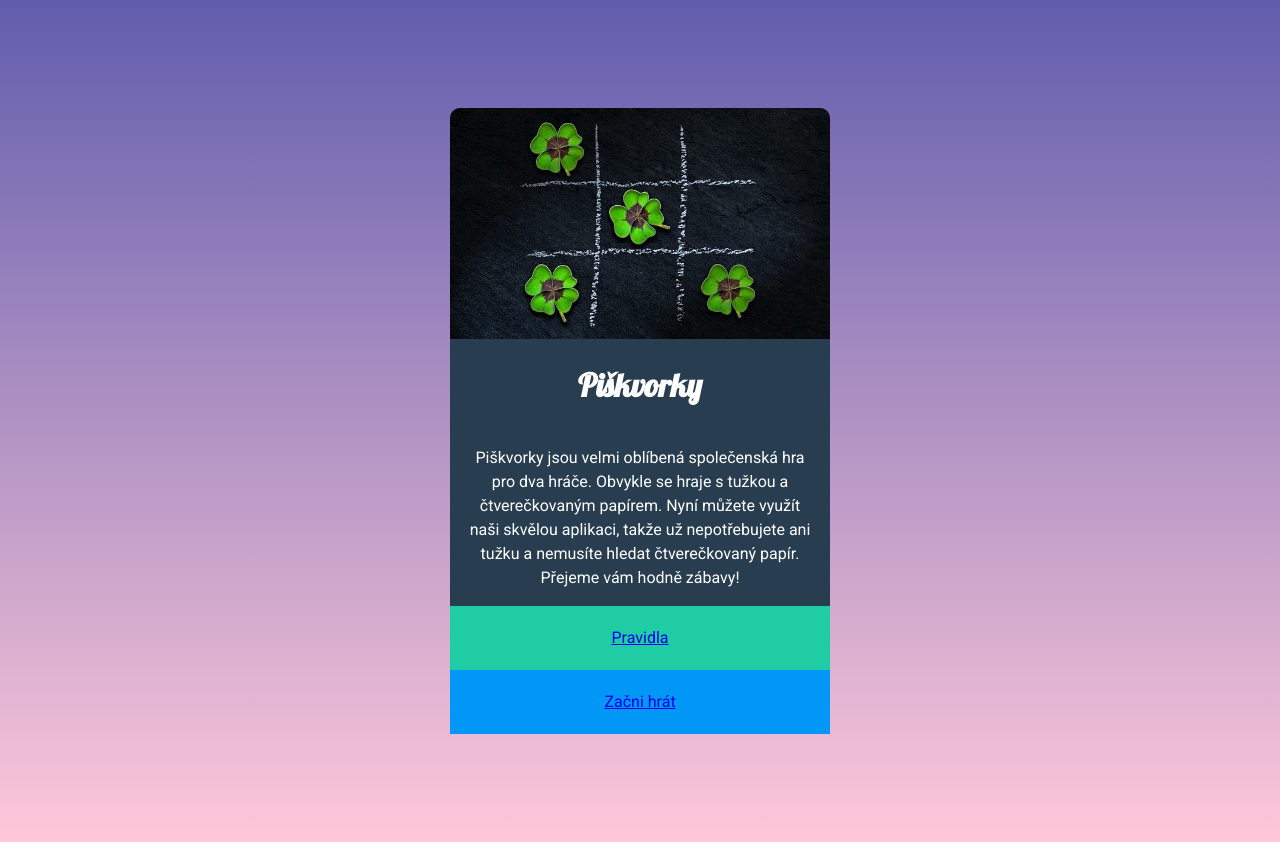
Repository: VerPro/piskvorky
Page: index.html
These files come from the project's save history. The page is drawn as it stood at one moment and after the next save; the edit follows.
The browser window is 1280 px wide. The pictures show the whole page.

Above is the page before, as saved 2021-03-24 21:10:52.

### index.html
<!DOCTYPE html>
<html lang="cs">
  <head>
    <meta charset="UTF-8" />
    <meta http-equiv="X-UA-Compatible" content="IE=edge" />
    <meta name="viewport" content="width=device-width, initial-scale=1.0" />
    <title>Piškvorky</title>
    <link rel="preconnect" href="https://fonts.gstatic.com" />
    <link
      href="https://fonts.googleapis.com/css2?family=Lobster&family=Roboto&display=swap"
      rel="stylesheet"
    />
    <link rel="stylesheet" href="styly.css" />
  </head>
  <body>
    <main>
      <img class="uvodniObrazek" src="uvodni.jpg" alt="" />
      <!-- Dodělat ten ALT! -->
      <h1 class="heading1Piskvorky">Piškvorky</h1>

      <p>
        Piškvorky jsou velmi oblíbená společenská hra pro dva hráče. Obvykle se
        hraje s tužkou a čtverečkovaným papírem. Nyní můžete využít naši skvělou
        aplikaci, takže už nepotřebujete ani tužku a nemusíte hledat
        čtverečkovaný papír. Přejeme vám hodně zábavy!
      </p>
      <nav class="buttons">
        <a class="buttonPravidla" href="index.html">Pravidla</a>
        <a class="buttonZacniHrat" href="index.html">Začni hrát</a>
      </nav>
    </main>
  </body>
</html>

### styly.css
body {
  background-image: linear-gradient(#615dad, #ffc8da);
  min-height: 100vh;
  background-repeat: no-repeat;
  background-size: cover;
  font-family: 'Roboto', sans-serif;
  color: #ffffff;
  line-height: 1.5;
  display: flex;
  justify-content: center;
  align-content: center;
  flex-wrap: wrap;
}

h1 {
  font-family: 'Lobster', cursive;
  text-align: center;
}

p {
  text-align: center;
  width: 90%;
}

main {
  display: flex;
  flex-direction: column;
  align-items: center;
  width: 30%;
  margin: 100px;
  background-color: #283e50;
  border-radius: 10px 10px 0 0;
}

nav {
  display: flex;
  flex-direction: column;
  text-align: center;
  width: 100%;
}

.buttonPravidla {
  background-color: #1fcca4;
  padding: 20px;
  flex-grow: 1;
}

.buttonPravidla:hover {
  background-color: #1cbb96;
}

.buttonZacniHrat {
  background-color: #0197f6;
  padding: 20px;
  flex-grow: 1;
}

.buttonZacniHrat:hover {
  background-color: #0090e9;
}

img {
  width: 100%;
  border-radius: 10px 10px 0 0;
}

After the next save:
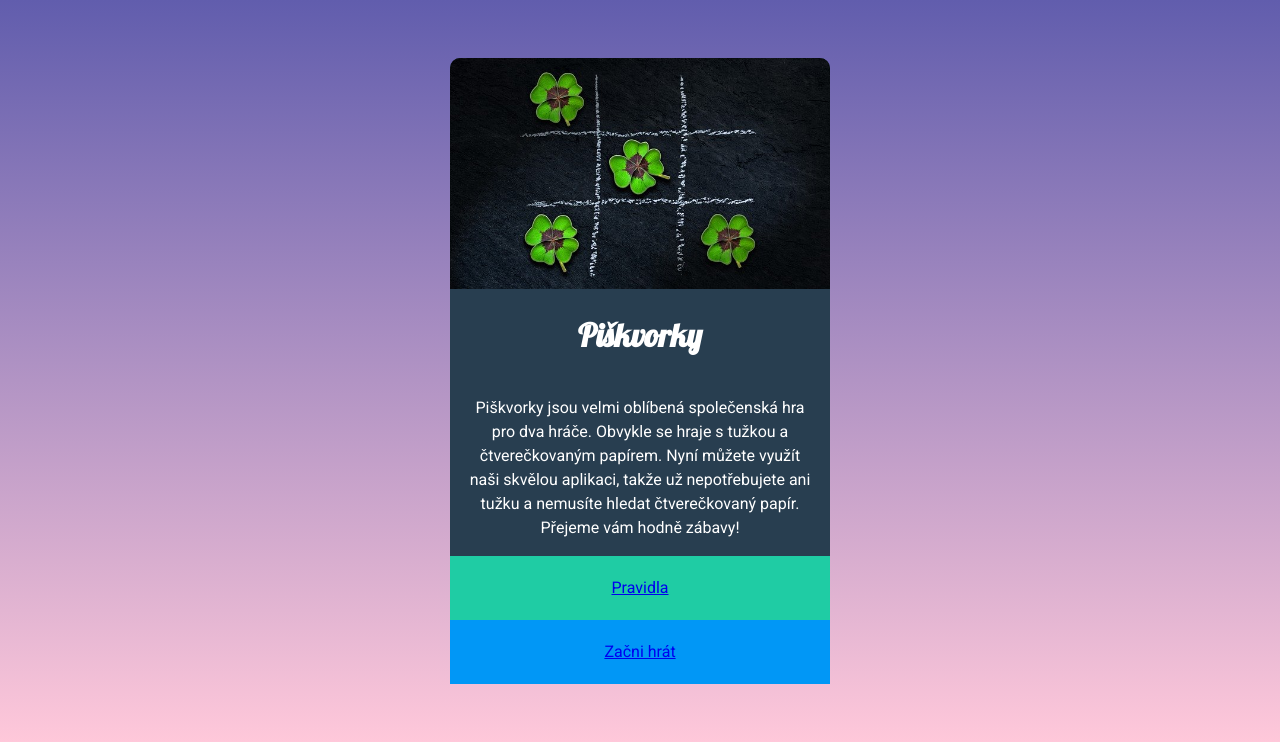
Saved 31 s later.
--- a/styly.css
+++ b/styly.css
@@ -27,7 +27,7 @@ main {
   flex-direction: column;
   align-items: center;
   width: 30%;
-  margin: 100px;
+  margin: 50px;
   background-color: #283e50;
   border-radius: 10px 10px 0 0;
 }
